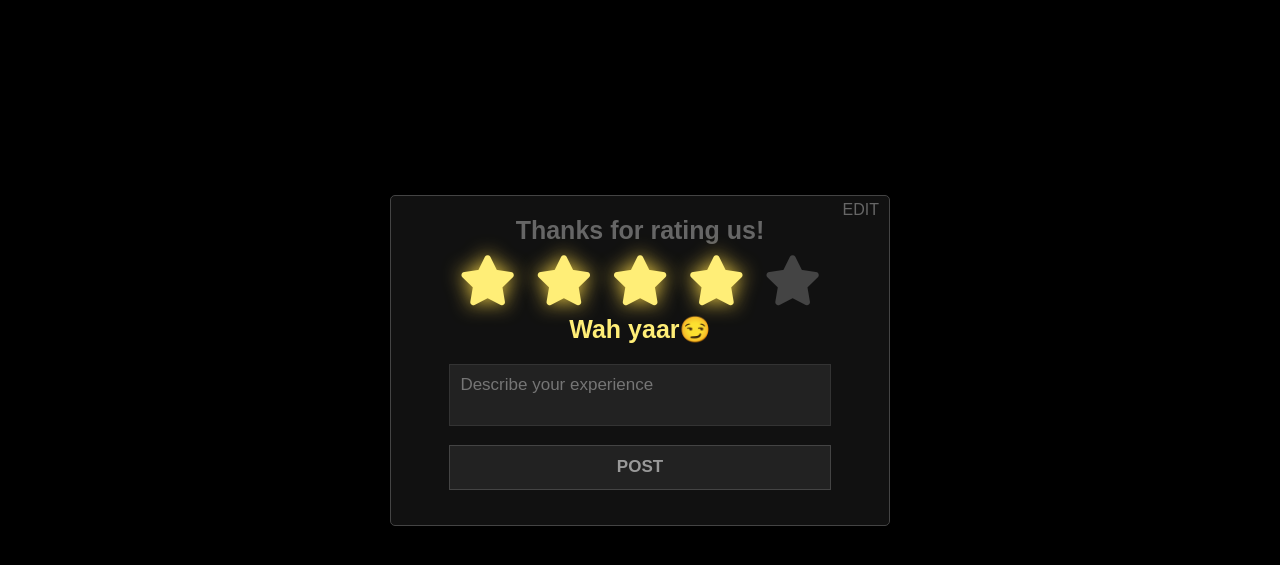
Repository: Suryansh-D/Star-Ratings
Page: index.html
An editor plug-in stored every save of this project. The page is shown before and after the next save, followed by the edit.
The browser window is 1280 px wide. The pictures show the whole page.
The first `#rate-4` is checked.

Above is the page before, as saved 2024-02-03 10:30:50.

### index.html
<!DOCTYPE html>
<html lang="en">
<head>
    <meta charset="UTF-8">
    <meta name="viewport" content="width=device-width, initial-scale=1.0">
    <title>Document</title>
</head>
<link rel="stylesheet" href="style.css">
<link rel="stylesheet" href="https://cdnjs.cloudflare.com/ajax/libs/font-awesome/5.15.3/css/all.min.css">
<body>
    <div class="container">
        <div class="post">
            <div class="text">Thanks for rating us!</div>
            <div class="edit">EDIT</div>
            </div>
        <div class="stars">
            <input type="radio" name="rate" id="rate-5">
            <label for="rate-5" class="fas fa-star"></label>
            <input type="radio" name="rate" id="rate-4">
            <label for="rate-4" class="fas fa-star"></label>
            <input type="radio" name="rate" id="rate-3">
            <label for="rate-3" class="fas fa-star"></label>
            <input type="radio" name="rate" id="rate-2">
            <label for="rate-2" class="fas fa-star"></label>
            <input type="radio" name="rate" id="rate-1">
            <label for="rate-1" class="fas fa-star"></label>
            <form action="#">
                <header></header>
                <div class="textarea">
                <textarea cols="30" placeholder="Describe your experience"></textarea>
                </div>
                    <div class="btn">
                        <button type="submit">Post</button>
                        </div>
                 </form>
        </div>
    </div>
    <script></script>
</body>
</html>

### style.css
@import url('https://fonts.googleapis.com/css?family=Roboto:400,700');
* {
  margin: 0;
  padding: 0;
  box-sizing: border-box;
  font-family:'Poppins', sans-serif;
}
html, body {
  height: 100%;
  background-color: #000;
  place-items: center;
  display: grid;
  text-align: center;
}

.container {
    position: relative;
    width: 500px;
    background: #111;
    padding: 20px  30px;
    border: 1px solid #444;
    border-radius: 5px;
    display: flex;
    flex-direction: column;
    align-items: center;
    justify-content: center;
}
.container .stars input{
    display: none;
}
.stars label{
    font-size: 50px;
    color: #444;
    cursor: pointer;
    transition: all 0.2s ease;
    float: right;
    padding: 10px;

}
.stars input:not(:checked) ~ label:hover ,
.stars input:not(:checked) ~ label:hover ~ label{
    color: #ffcc00;
}
.stars input:checked ~ label{
    color: #ffcc00;
}
input#rate-5:checked ~ label{
    color: #fe7;
    text-shadow: 0 0 20px #f1cf45;
}
input#rate-4:checked ~ label{
    color: #fe7;
    text-shadow: 0 0 20px #f1cf45;
}
input#rate-3:checked ~ label{
    color: #fe7;
    text-shadow: 0 0 20px #f1cf45;
}
input#rate-2:checked ~ label{
    color: #fe7;
    text-shadow: 0 0 20px #f1cf45;
}
input#rate-1:checked ~ label{
    color: #fe7;
    text-shadow: 0 0 20px #f1cf45;
}

#rate-1:checked ~ form header:before{
    content: "Hatt Bakwas 😤";

}
#rate-2:checked ~ form header:before{
    content: "Bekaar 😒";
}
#rate-3:checked ~ form header:before{
    content: "Theek hi hai 🙂";
}
#rate-4:checked ~ form header:before{
    content: "Wah yaar😏";
}
#rate-5:checked ~ form header:before{
    content: "Ohh Bhaisaab 🤯 ";
}

.container .text{
    font-size: 25px;
    color: #666;
    font-weight: 700;

}
.container .edit{
    position: absolute;
    right:10px;
    top:5px;
    font-size: 16px;
    color: #666;
    font-weight: 500;
    cursor: pointer;
}
.container form{
    display: none;
}
input:checked ~ form{
    display: block;
    transition: all 0.2s ease;
}
form header{
    width:100%;
    font-size: 25px;
    color: #fe7;
    font-weight: 700;
    margin: 5px 0 20px 0;
    text-align: center;
    transition: all 0.2s ease;
}

form .textarea{
    width: 100%;
   height: 100%;
   overflow: hidden;
}
form .textarea textarea{
    height: 100%;
    width:100%;
    outline: none;
    color: #fff;
    border: 1px solid #333;
    background: #222;
    padding: 10px;
    font-size: 17px;
    resize: none;
}
form .btn{
  height: 45px;
  width: 100%;
  margin: 15px 0;
}
form .btn button{
    width: 100%;
    height: 100%;
    border: 1px solid #444;
    outline: none;
    background: #222;
    color: #999;
    font-size: 20px;
    font-weight: 700;
    cursor: pointer;
    transition: all 0.2s ease;
    font-size: 17px;
    text-transform: uppercase;
}
form .btn button:hover{
    background: #1b1b1b;
    color: #fff;
}

After the next save:
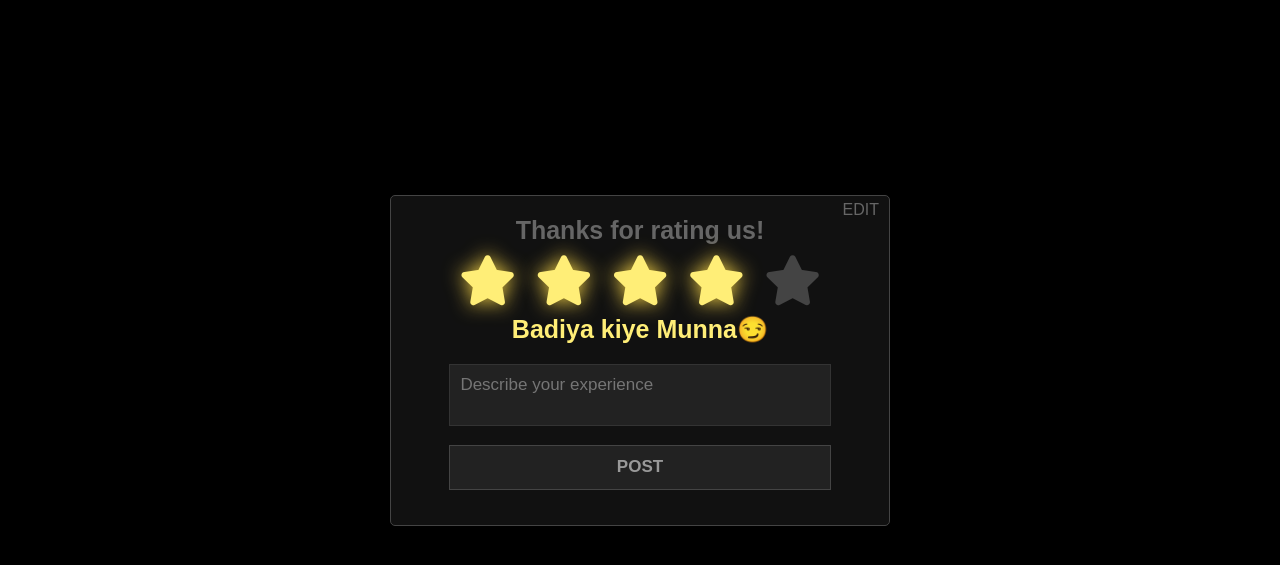
Saved 46 s later.
--- a/style.css
+++ b/style.css
@@ -76,7 +76,7 @@ input#rate-1:checked ~ label{
     content: "Theek hi hai 🙂";
 }
 #rate-4:checked ~ form header:before{
-    content: "Wah yaar😏";
+    content: "Badiya kiye Munna😏";
 }
 #rate-5:checked ~ form header:before{
     content: "Ohh Bhaisaab 🤯 ";
